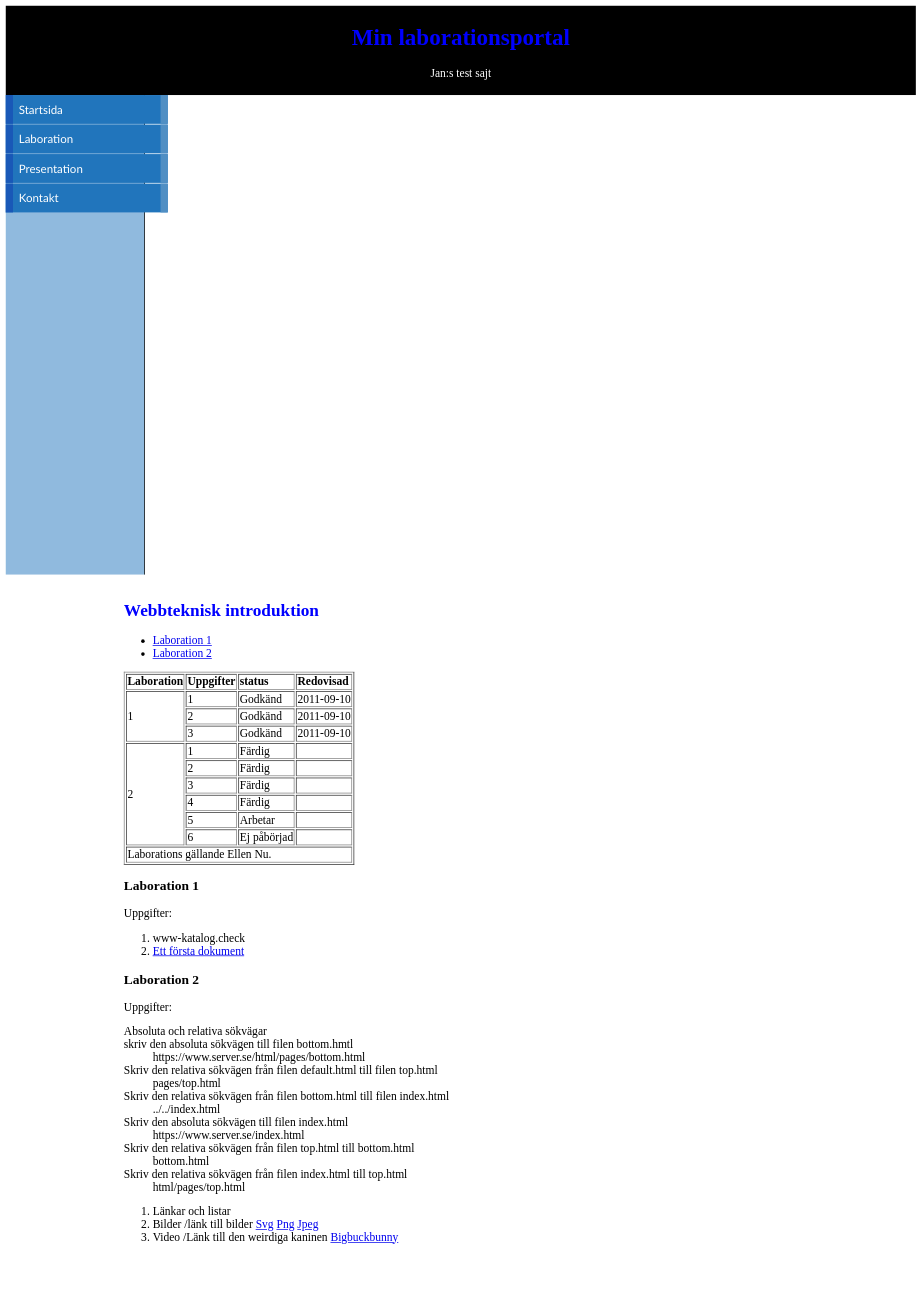
Repository: jt222ic/1ik415-jt222ic-lab-1
Page: pages/laboration.html
The author's editor kept a record of every edit. The page is drawn from the files as they stood at one moment, then again after the next edit.
The browser window is 1280 px wide. The pictures show the whole page, at 72% of full size.

Above is the page before.

### pages/laboration.html
<!DOCTYPE html>
<html lang="en-sv">
    <head>
        <meta charset="utf-8" />
        <title>Laborationsportal</title>
        <link rel="stylesheet" href="Csss/style.css" />
    </head>
    <body>


    <div id="header">
        <h1>Min laborationsportal</h1>

        <p>Jan:s test sajt</p>
   </div>



   <div id="nav">
     <ul>
          <li><a href="../index.html" class="active"> Startsida</a></li>
          <li><a href="laboration.html" class="active"> Laboration</a></li>
          <li><a href ="presentation.html" class="active"> Presentation</a></li>
          <li><a href ="kontakt.html" class="active"> Kontakt</a></li>
    </ul>
    </div>
<div id="section">
    <h2>Webbteknisk introduktion</h2>

    <ul>
    <li><a href="laboration.html#lab1"> Laboration 1</a></li>
    <li><a href="laboration.html#lab2"> Laboration 2</a></li>


    </ul>

    <table border="1">
    <thead>

<tr>
            <td><strong>Laboration</strong></td>
            <td><strong>Uppgifter</strong></td>
            <td><strong>status</strong></td>
            <td><strong>Redovisad</strong></td>
</tr>
        </thead>
<tbody>
<tr>
            <td rowspan="3">1</td>
            <td>1</td>
            <td>Godkänd</td>
            <td>2011-09-10</td>
</tr>

<tr>
            <td>2</td>
            <td>Godkänd</td>
            <td>2011-09-10</td>

</tr>

            <tr>
            <td>3 </td>
            <td>Godkänd</td>
            <td>2011-09-10</td>

</tr>
<tr>
            <td rowspan="6">2</td>
            <td>1</td>
            <td>Färdig</td>
            <td></td>



</tr>
<tr>
            <td>2</td>
            <td>Färdig</td>
            <td></td>
</tr>
<tr>
            <td>3</td>
            <td>Färdig</td>
            <td></td>




</tr>

<tr>
            <td>4</td>
            <td>Färdig</td>
            <td></td>




</tr>
<tr>
            <td>5</td>
            <td>Arbetar</td>
            <td></td>




</tr>
<tr>
            <td>6</td>
            <td>Ej påbörjad</td>
            <td></td>




</tr>
</tbody>
<tfoot>
<tr>
            <td colspan="4">Laborations gällande Ellen Nu.</td>
</tr>


</tfoot>

</table>




    <a id="lab1"></a>
    <h3>Laboration 1</h3>
    <p>Uppgifter:</p>



<ol>
        <li> www-katalog.check </li>
        <li><a href ="Presentation.html">Ett första dokument</a></li>
</ol>

    <h3>Laboration 2</h3>
    <p>Uppgifter:</p>





        <a id="lab2"></a>






                <dl>
                     <dt>Absoluta och relativa sökvägar</dt>
                    <dt>skriv den absoluta sökvägen till filen bottom.hmtl </dt>
                    <dd>https://www.server.se/html/pages/bottom.html</dd>
                    <dt>Skriv den relativa sökvägen från filen default.html till filen top.html</dt>
                    <dd>pages/top.html</dd>
                    <dt>Skriv den relativa sökvägen från filen bottom.html till filen index.html</dt>
                    <dd>../../index.html</dd>
                    <dt>Skriv den absoluta sökvägen till filen index.html</dt>
                    <dd>https://www.server.se/index.html</dd>
                    <dt>Skriv den relativa sökvägen från filen top.html till bottom.html</dt>
                    <dd>bottom.html</dd>
                    <dt>Skriv den relativa sökvägen från filen index.html till top.html</dt>
                    <dd>html/pages/top.html</dd>
                </dl>

<ol>
        <li>Länkar och listar</li>
        <li>Bilder /länk till bilder <a href="../index.html#ankar">Svg</a>
        <a href="../index.html#sten" >Png</a>
        <a href="presentation.html#bild">Jpeg</a>

        </li>
        <li>Video /Länk till den weirdiga kaninen <a href="../index.html#bunny">Bigbuckbunny</a></li>
</ol>


</div>
<div id="footer">
<p>Copyright JanTranCompany</p>
</div>

    </body>
</html>

### pages/Csss/style.css


body{
 background-color:;
}

h1, h2{
    color:blue;
}



#header {
    background-color:black;
    color:white;
    text-align:center;
    padding:5px;
}

#section {
    width:1100px;
    float:right;
    padding:10px
    float:right;
    text-align:left;
}
#footer {
    background-color:white;
    color:white;
    clear:both;
    text-align:center;
    padding:5px;


}
#nav{
    line-height:30px;
    background-color:blue;
    height:650px;
    width:200px;
    float:left;
    padding:5px;
}

#nav {
	width: 12em;
	border-right: 1px solid #000;
	padding: 0 0 1em 0;
	margin-bottom: 1em;
	font-family: 'Trebuchet MS', 'Lucida Grande', Verdana, Arial, sans-serif;
	background-color: #90bade;
	color: #333;
}

#nav ul {
	list-style: none;
	margin: 0;
	padding: 0;
	border: none;
}

#nav li {
	border-bottom: 1px solid #90bade;
	margin: 0;
	list-style: none;
	list-style-image: none;
}

#nav li a {
	display: block;
	padding: 5px 5px 5px 0.5em;
	border-left: 10px solid #1958b7;
	border-right: 10px solid #508fc4;
	background-color: #2175bc;
	color: #fff;
	text-decoration: none;
	width: 100%;
}

html>body #button li a {
	width: auto;
}

#button li a:hover {
	border-left: 10px solid #1c64d1;
	border-right: 10px solid #5ba3e0;
	background-color: #2586d7;
	color: #fff;
}

After the next edit:
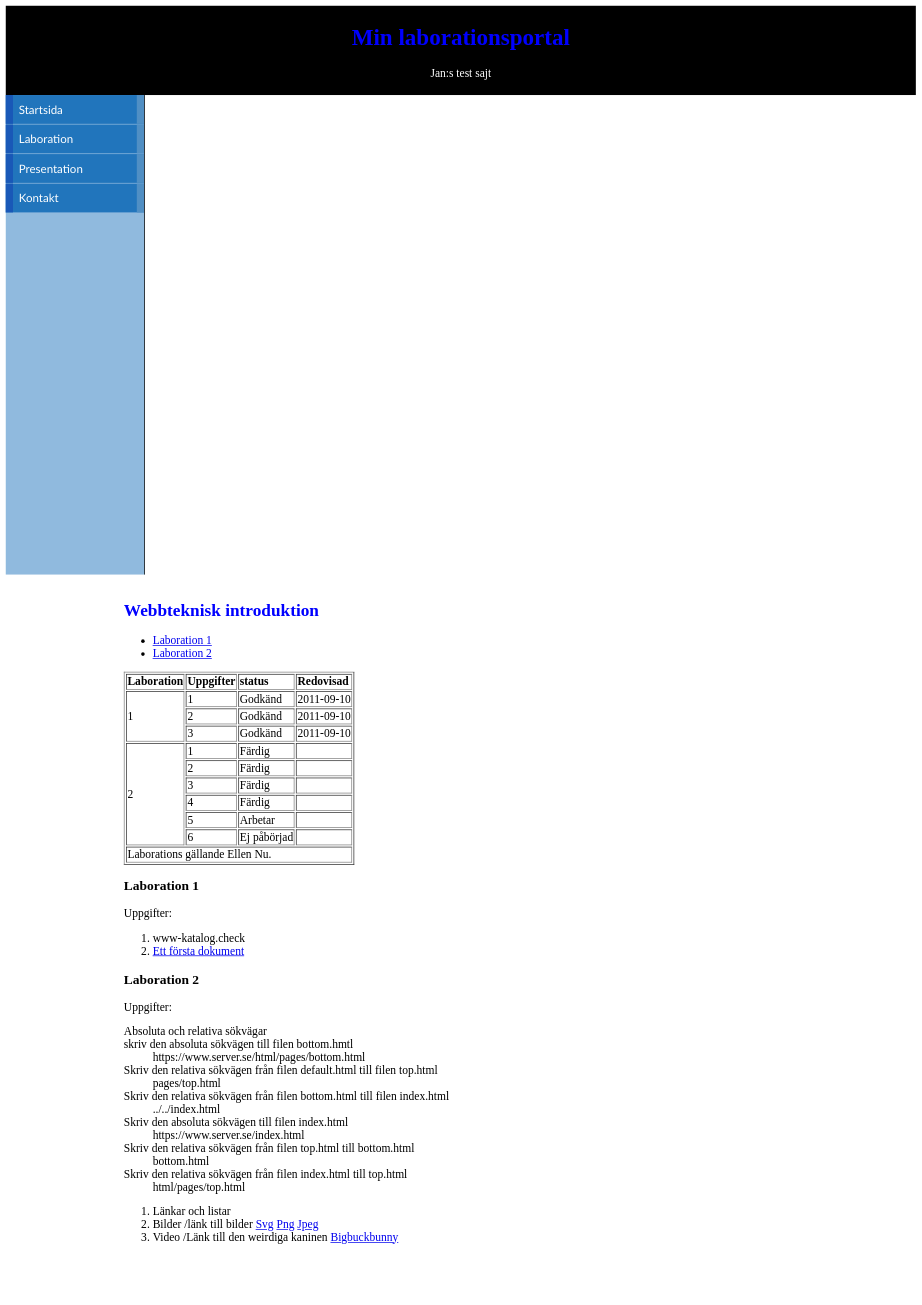
The edit:
--- a/pages/Csss/style.css
+++ b/pages/Csss/style.css
@@ -77,7 +77,7 @@
 	width: 100%;
 }
 
-html>body #button li a {
+html>body #nav li a {
 	width: auto;
 }
 
